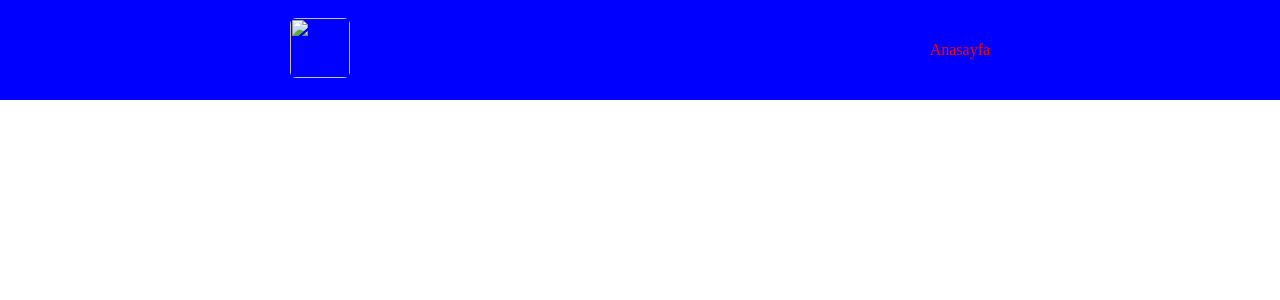
Repository: 0hasandemirtas/react-odev
Page: /
These files come from the project's save history. The page is drawn as it stood at one moment and after the next save; the edit follows.
The browser window is 1280 px wide. The pictures show the whole page.
The project was rebuilt for these pictures with package versions that can differ from the ones it lists, and the page was loaded fresh each time.

Above is the page before, as saved 2024-06-13 13:24:10.
Not found: images/logo1.png

After the next save:
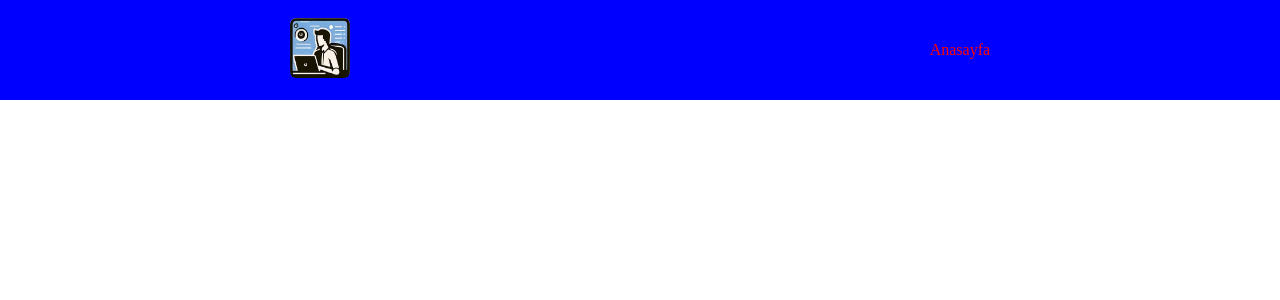
Saved 81 s later.
--- a/src/components/header/index.js
+++ b/src/components/header/index.js
@@ -7,7 +7,7 @@ const Header = ()=>{
   return (
     <div className={classes.container}>
       <div>
-          <img  className={classes.logo} src="./images/logo1.png" />
+          <img  className={classes.logo} src="./images/logo2.png" />
       </div>
       <div><a>Anasayfa</a></div>
 
